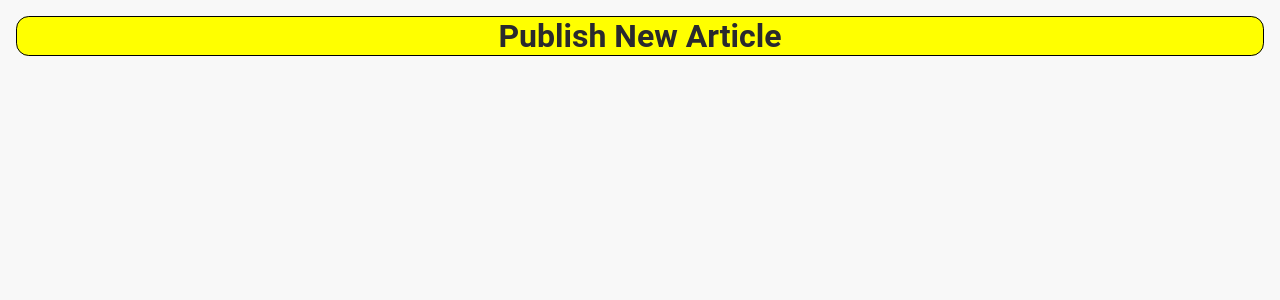
Repository: batmit/publish_articles
Page: /publish
The author's editor kept a copy of each file at every save. The page is drawn from the files as they stood at one save, then again after the next save.
The browser window is 1280 px wide. The pictures show the whole page.
The project was rebuilt for these pictures with package versions that can differ from the ones it lists, and the page was loaded fresh each time. Also part of the build but not shown: src/pages/article.tsx, src/pages/articles.tsx, src/styles/Home.scss, src/pages/Home.tsx.

Above is the page before, as saved 2021-06-29 10:52:42.

After the next save:
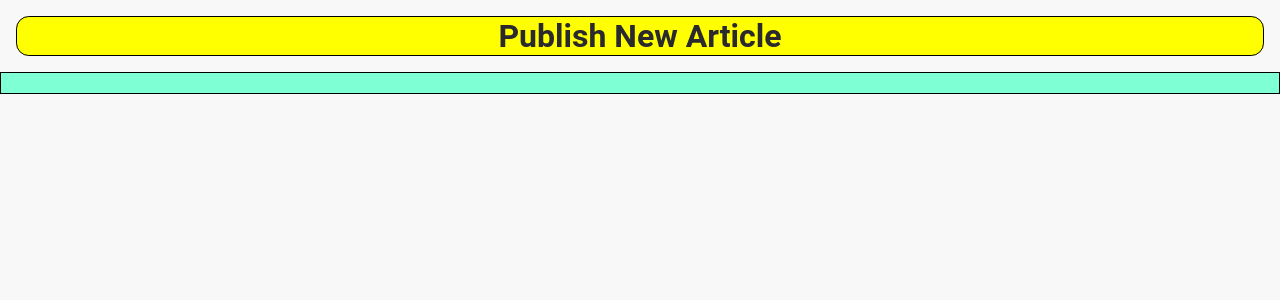
Saved 4 min 22 s later.
--- a/src/pages/publish_articles.tsx
+++ b/src/pages/publish_articles.tsx
@@ -4,6 +4,10 @@ export function publish_articles() {
             <header>
                 <h1>Publish New Article</h1>
             </header>
+
+            <main>
+
+            </main>
         </>
     );
 }
